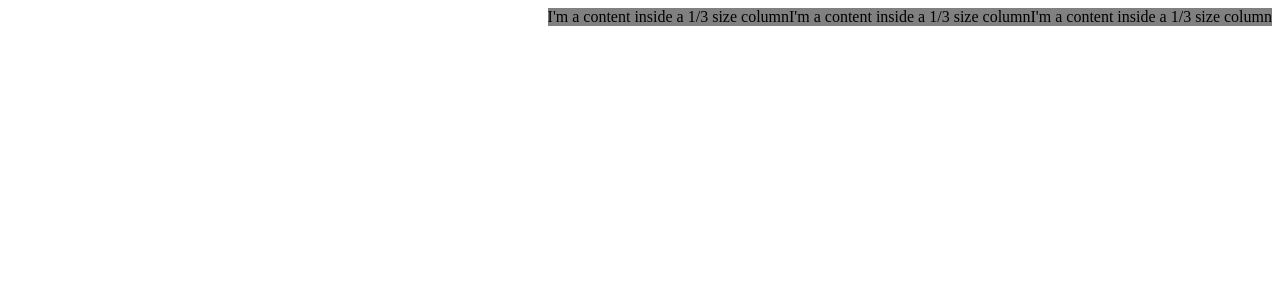
Repository: ervinne13/gg-basic-web-frontend-development
Page: modules/css/long-samples/grid-system-1.html
An editor plug-in stored every save of this project. The page is shown before and after the next save, followed by the edit.
The browser window is 1280 px wide. The pictures show the whole page.

Above is the page before, as saved 2019-07-04 17:00:37.

After the next save:
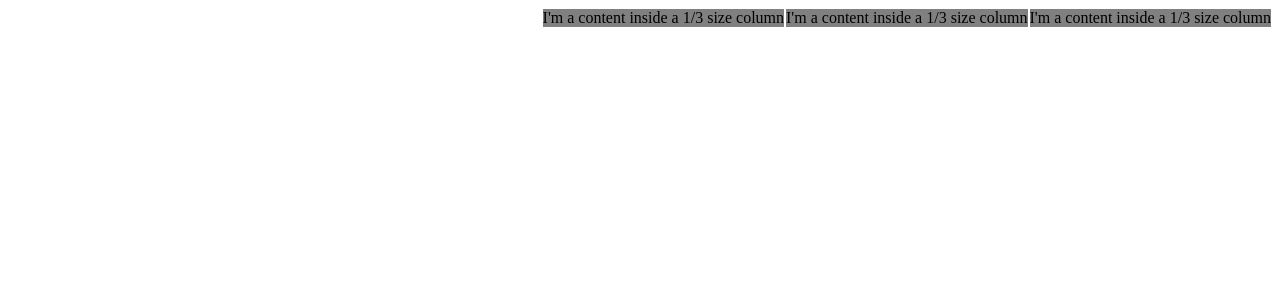
Saved 9 s later.
--- a/modules/css/long-samples/grid-system-1.html
+++ b/modules/css/long-samples/grid-system-1.html
@@ -16,6 +16,7 @@
                 flex-flow: row wrap;
                 justify-content: flex-start;
                 background-color: grey;
+                margin: 1px;
             }
         </style>
     </head>
